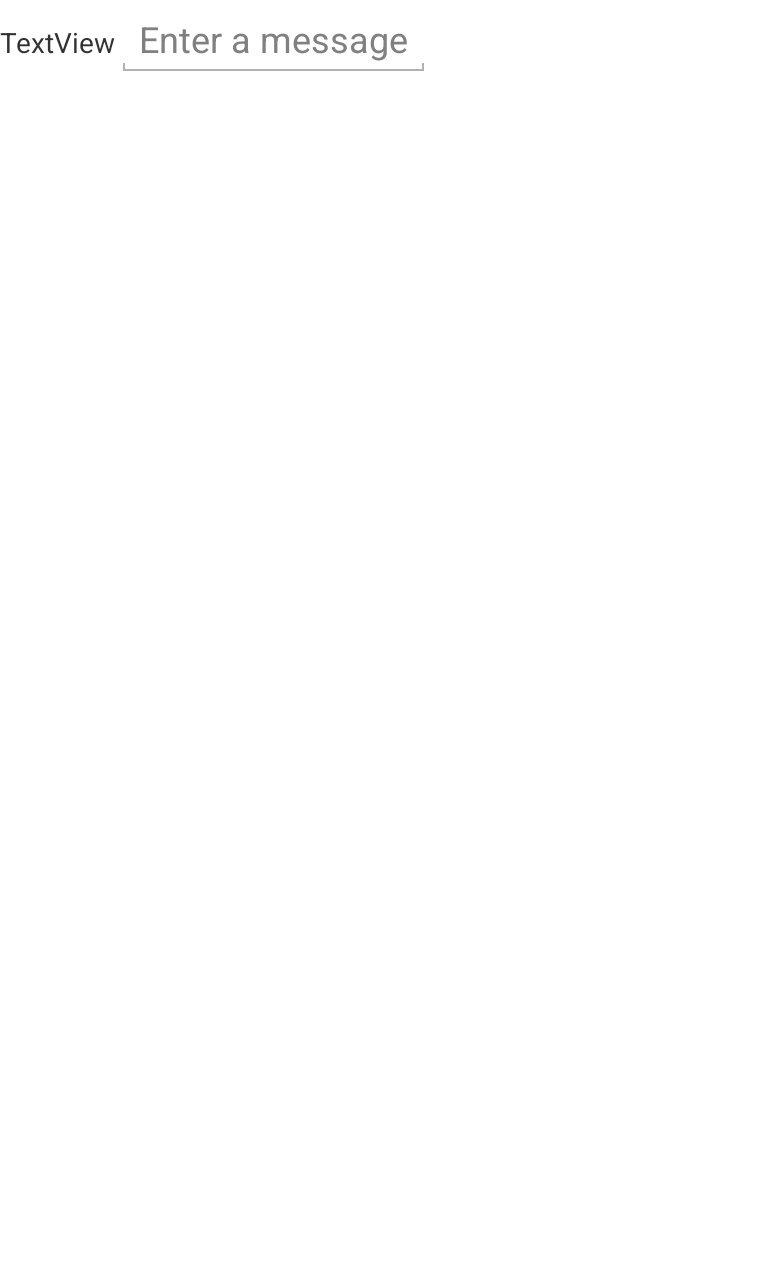
Repository: javawolfpack/CSCI567---Workspace
Layout: LinearLayoutExample/res/layout/activity_main.xml
An editor plug-in stored every save of this project. The layout is shown before and after a run of saves, followed by the edit.
It is drawn on a 768 x 1280 px phone screen (xhdpi) without system bars, with theme AppTheme; the app's code is not run.

Above is the layout before, as saved 2014-01-30 20:26:44.

After the next 2 saves:
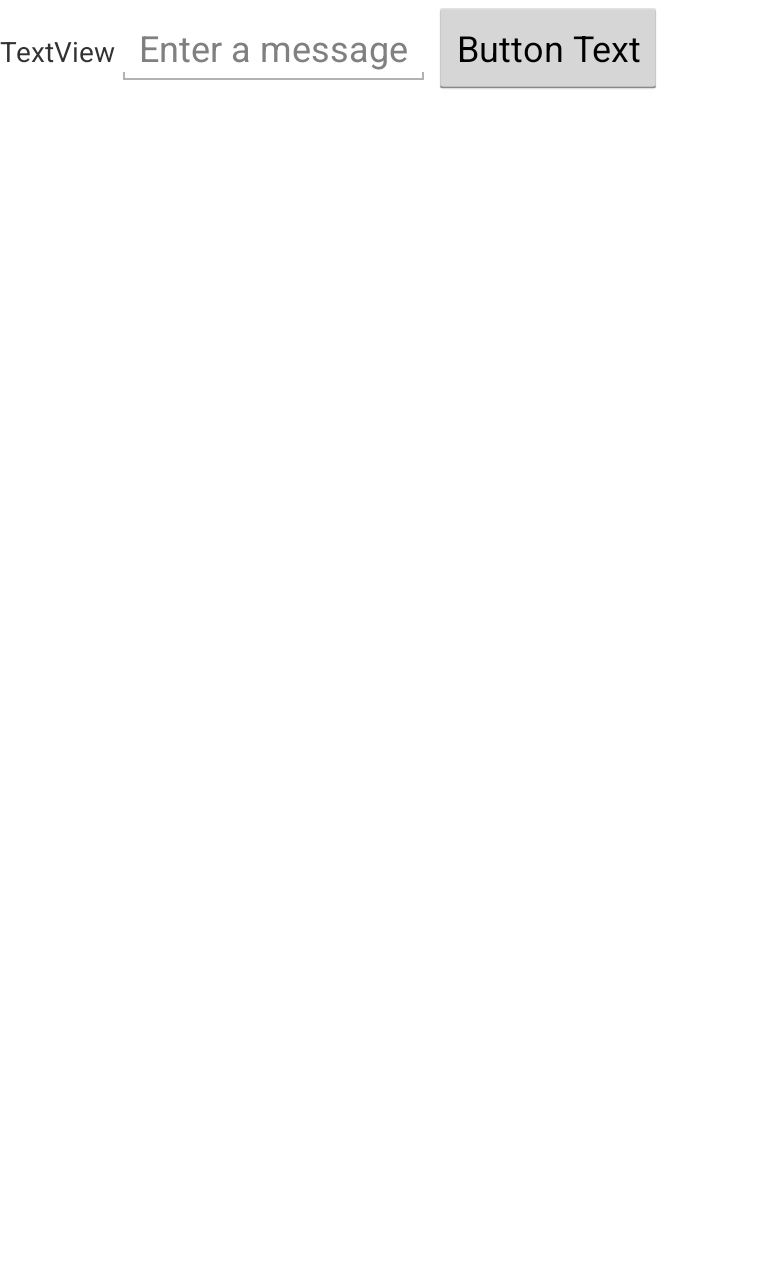
The 2 saves are shown as one change because 1 did not build or start.
The last was saved 56 s later.
--- a/LinearLayoutExample/res/layout/activity_main.xml
+++ b/LinearLayoutExample/res/layout/activity_main.xml
@@ -5,21 +5,24 @@
     android:layout_height="match_parent"
     android:orientation="horizontal" >
 
-   <!-- All our components go here -->
-   <TextView
+   	<!-- All our components go here -->
+   	<TextView
 		android:layout_height="wrap_content"
 		android:layout_width="wrap_content"
 		android:id="@+id/textViewLabel"
 		android:text="TextView" />
 
+   	<EditText
+		android:id="@+id/edit_message"
+       	android:layout_width="wrap_content"
+       	android:layout_height="wrap_content"
+       	android:hint="@string/edit_message" />
 
-
-   <EditText
-			android:id="@+id/edit_message"
-        	android:layout_width="wrap_content"
-        	android:layout_height="wrap_content"
-        	android:hint="@string/edit_message" />
-
+  	<Button
+		android:id="@+id/buttonlabel"
+		android:layout_width="wrap_content"
+		android:layout_height="wrap_content"
+		android:text="Button Text"/>
 
 
 </LinearLayout>
